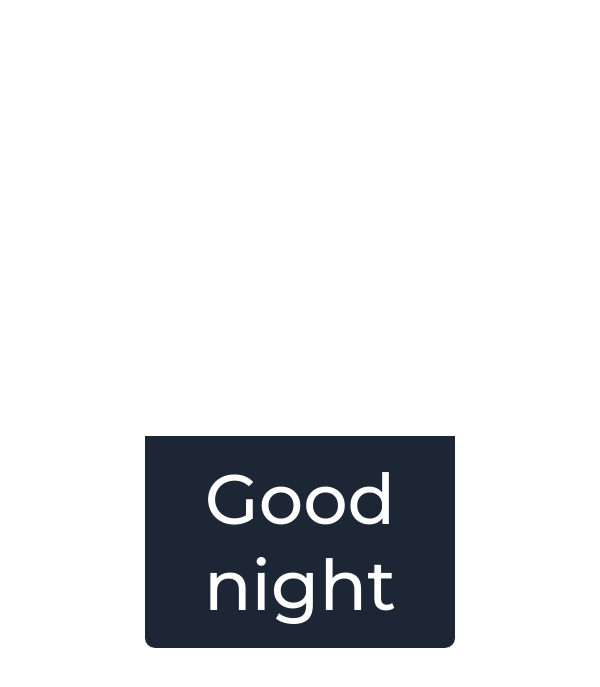
Repository: brian99na/HomePage
Page: /
An editor plug-in stored every save of this project. The page is shown before and after the next save, followed by the edit.
The browser window is 600 px wide. The pictures show the whole page.
The page's requests for data from a server got no answer. The project was rebuilt for these pictures with package versions that can differ from the ones it lists, and the page was loaded fresh each time. No one was signed in, and anything a server would have sent is missing.

Above is the page before, as saved 2021-11-21 22:43:06.

After the next save:
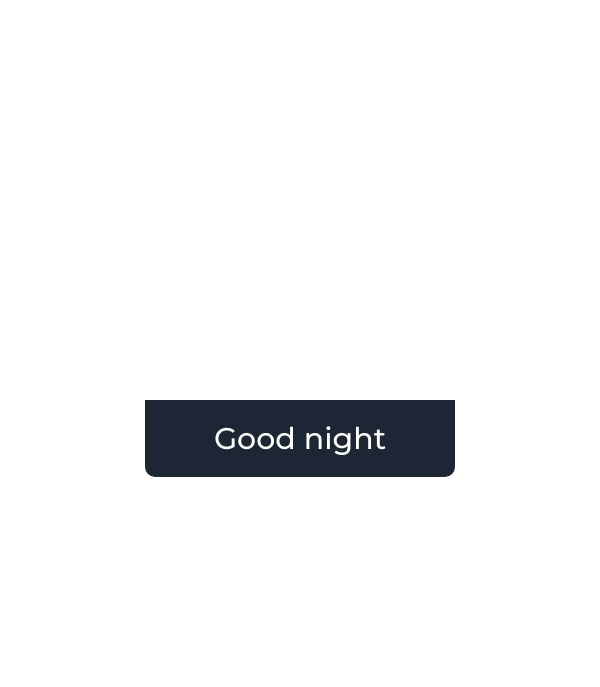
Saved 6 s later.
--- a/src/App.css
+++ b/src/App.css
@@ -101,7 +101,7 @@ a:hover {
 }
 
 @media only screen and (max-width: 700px) {
-  h1 {
+  .titleUpper h1 {
     font-size: 30px;
   }
 
